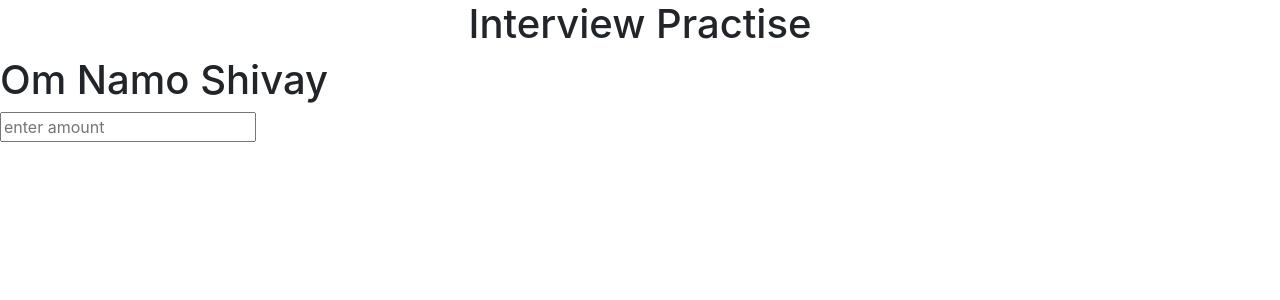
Repository: punitbathija/Machine-Round-React
Page: /
The author's editor kept a copy of each file at every save. The page is drawn from the files as they stood at one save, then again after the next save.
The browser window is 1280 px wide. The pictures show the whole page.
The project was rebuilt for these pictures with package versions that can differ from the ones it lists, and the page was loaded fresh each time. Also part of the build but not shown: src/components/counter.jsx, src/components/ProgressBar.js.

Above is the page before, as saved 2023-06-01 13:13:57.

### src/index.js
import React from "react";
import ReactDOM from "react-dom/client";
import Counter from "./components/counter";
import "./index.css";
import ProgressBar from "./components/ProgressBar";
import CurrencyCoverter from "./components/CurrencyCoverter";
// import FetchApi from "./components/FetchApi";

const root = ReactDOM.createRoot(document.getElementById("root"));
root.render(
  <>
    <h1 className="text-center">Interview Practise</h1>
    {/* <Counter /> */}
    {/* <FetchApi /> */}
    {/* <ProgressBar /> */}
    <CurrencyCoverter />
  </>
);

### src/components/CurrencyCoverter.js
import React, { useState } from "react";

const CurrencyCoverter = () => {
  const [amount, setAmount] = useState(0);
  const [inDollars, setInDollars] = useState(0);
  const [inPounds, setInPounds] = useState(0);

  return (
    <div>
      <h1>Om Namo Shivay</h1>
      <input type="number" placeholder="enter amount" />
    </div>
  );
};

export default CurrencyCoverter;

Loaded but not shown: public/index.html (common file); src/index.css (common file)

After the next save:
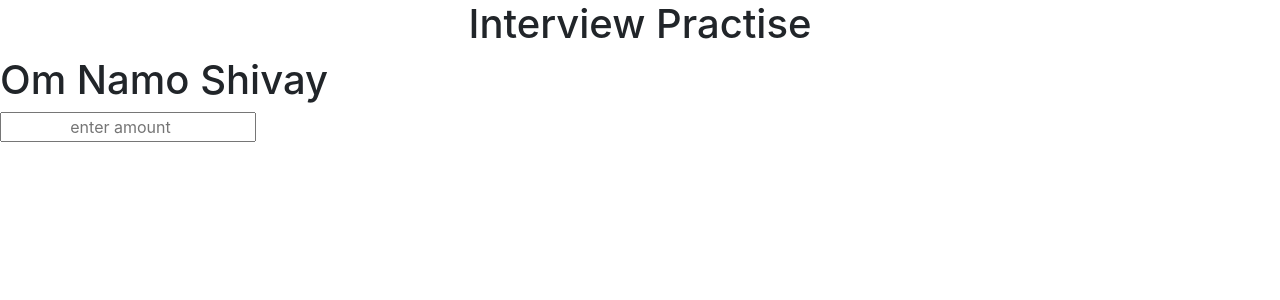
Saved 15 s later.
--- a/src/components/CurrencyCoverter.js
+++ b/src/components/CurrencyCoverter.js
@@ -8,7 +8,11 @@ const CurrencyCoverter = () => {
   return (
     <div>
       <h1>Om Namo Shivay</h1>
-      <input type="number" placeholder="enter amount" />
+      <input
+        type="number"
+        placeholder="enter amount"
+        style={{ textAlign: "center" }}
+      />
     </div>
   );
 };
